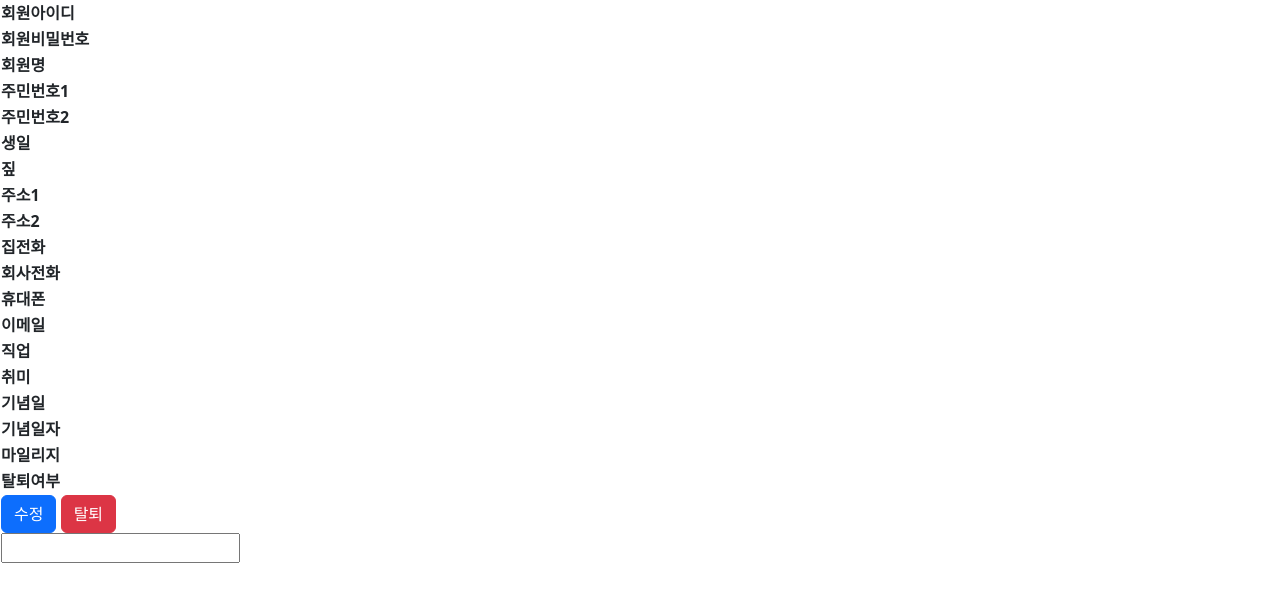
Repository: HEOGEUNJU/JSP
Page: http://localhost/WebStudy02_MVN/WEB-INF/views/member/memberView.jsp
An editor plug-in stored every save of this project. The page is shown before and after the next save, followed by the edit.
The browser window is 1280 px wide. The pictures show the whole page.
The page is served by Tomcat 9. Nobody is signed in. Other server files are loaded and not shown. The template is opened directly, without the code that normally fills it, so the values that code supplies are empty.

Above is the page before, as saved 2022-12-28 09:08:41.

### WebStudy02_MVN/src/main/webapp/WEB-INF/views/member/memberView.jsp
<%@ page language="java" contentType="text/html; charset=UTF-8"
	pageEncoding="UTF-8"%>
<%@taglib uri="http://java.sun.com/jsp/jstl/core" prefix="c" %>
<!DOCTYPE html>
<html>
<head>
<meta charset="UTF-8">
<jsp:include page="/includee/preScript.jsp" />
<title>Insert title here</title>
</head>
<body>
	<table>
		<tr>
			<th>회원아이디</th>
			<td>${member.memId }</td>
		</tr>
		<tr>
			<th>회원비밀번호</th>
			<td>${member.memPass }</td>
		</tr>
		<tr>
			<th>회원명</th>
			<td>${member.memName }</td>
		</tr>
		<tr>
			<th>주민번호1</th>
			<td>${member.memRegno1 }</td>
		</tr>
		<tr>
			<th>주민번호2</th>
			<td>${member.memRegno2 }</td>
		</tr>
		<tr>
			<th>생일</th>
			<td>${member.memBir }</td>
		</tr>
		<tr>
			<th>짚</th>
			<td>${member.memZip }</td>
		</tr>
		<tr>
			<th>주소1</th>
			<td>${member.memAdd1 }</td>
		</tr>
		<tr>
			<th>주소2</th>
			<td>${member.memAdd2 }</td>
		</tr>
		<tr>
			<th>집전화</th>
			<td>${member.memHometel }</td>
		</tr>
		<tr>
			<th>회사전화</th>
			<td>${member.memComtel }</td>
		</tr>
		<tr>
			<th>휴대폰</th>
			<td>${member.memHp }</td>
		</tr>
		<tr>
			<th>이메일</th>
			<td>${member.memMail }</td>
		</tr>
		<tr>
			<th>직업</th>
			<td>${member.memJob }</td>
		</tr>
		<tr>
			<th>취미</th>
			<td>${member.memLike }</td>
		</tr>
		<tr>
			<th>기념일</th>
			<td>${member.memMemorial }</td>
		</tr>
		<tr>
			<th>기념일자</th>
			<td>${member.memMemorialday }</td>
		</tr>
		<tr>
			<th>마일리지</th>
			<td>${member.memMileage }</td>
		</tr>
		<tr>
			<th>탈퇴여부</th>
			<td>${member.memDelete }</td>
		</tr>
<!-- 		선택적 렌더링 해야함 -->
		<c:if test="${sessionScope.authMember eq member }">
			<tr>
				<td colspan="2">
					<a href="<c:url value="/member/memberUpdate.do"/>" class = "btn btn-primary">수정</a>
					<a href="<c:url value="/member/memberDelete.do"/>" class = "btn btn-danger">탈퇴</a>
					<form method = "post" action="<c:url value="/member/memberDelete.do"/>">
						<input type="password" name = "memPass"/>
					</form>
				</td>
			</tr>
		</c:if>
	</table>

<jsp:include page="/includee/postScript.jsp" />
</body>
</html>

### WebStudy02_MVN/src/main/webapp/includee/preScript.jsp
<%@ page language="java" contentType="text/html; charset=UTF-8"
    pageEncoding="UTF-8"%>
<link rel="stylesheet" href="<%=request.getContextPath() %>/resources/js/bootstrap-5.2.3-dist/css/bootstrap.min.css">
<script type="text/javascript" src="<%=request.getContextPath()%>/resources/js/jquery-3.6.1.min.js"></script>
<%
	String varInPre = "프리스크립트에 있는 변수의 값";

%>

### WebStudy02_MVN/src/main/webapp/includee/postScript.jsp
<%@ page language="java" contentType="text/html; charset=UTF-8"
    pageEncoding="UTF-8"%>

<script src= "<%=request.getContextPath() %>/resources/js/bootstrap-5.2.3-dist/js/bootstrap.bundle.min.js"></script>

Loaded but not shown: WebStudy02_MVN/src/main/webapp/resources/js/bootstrap-5.2.3-dist/css/bootstrap.min.css (library); WebStudy02_MVN/src/main/webapp/resources/js/jquery-3.6.1.min.js (library); WebStudy02_MVN/src/main/webapp/resources/js/bootstrap-5.2.3-dist/js/bootstrap.bundle.min.js (library)

After the next save:
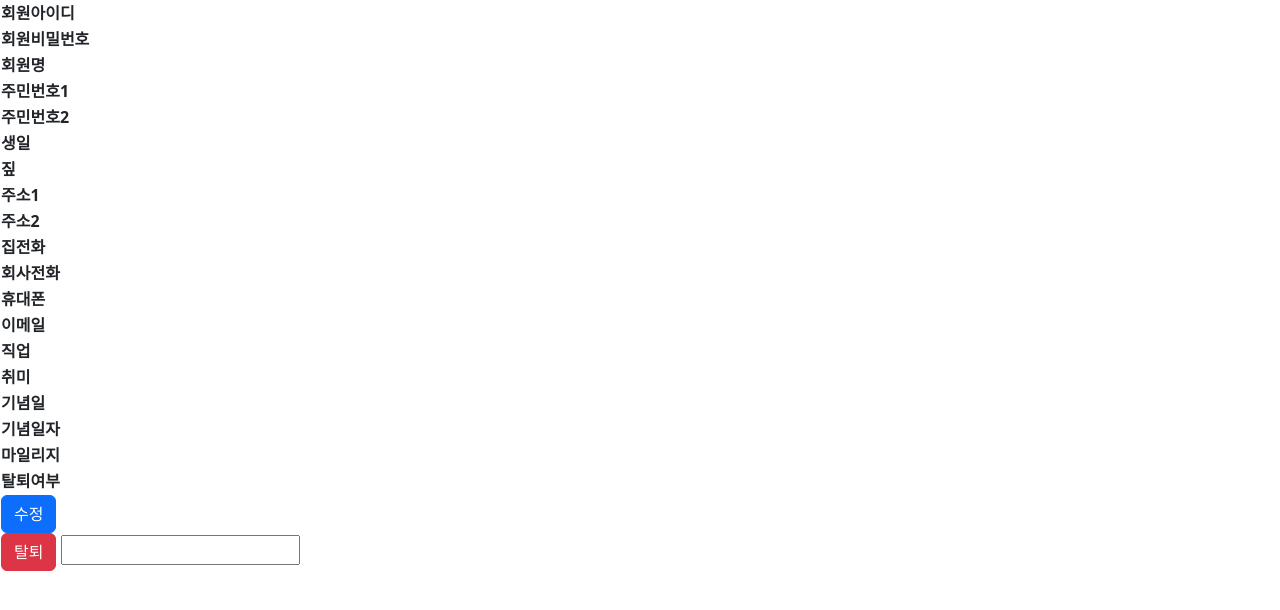
Saved 72 s later.
--- a/WebStudy02_MVN/src/main/webapp/WEB-INF/views/member/memberView.jsp
+++ b/WebStudy02_MVN/src/main/webapp/WEB-INF/views/member/memberView.jsp
@@ -91,8 +91,8 @@
 			<tr>
 				<td colspan="2">
 					<a href="<c:url value="/member/memberUpdate.do"/>" class = "btn btn-primary">수정</a>
-					<a href="<c:url value="/member/memberDelete.do"/>" class = "btn btn-danger">탈퇴</a>
 					<form method = "post" action="<c:url value="/member/memberDelete.do"/>">
+						<input class = "btn btn-danger" type="submit" value="탈퇴"/>
 						<input type="password" name = "memPass"/>
 					</form>
 				</td>
